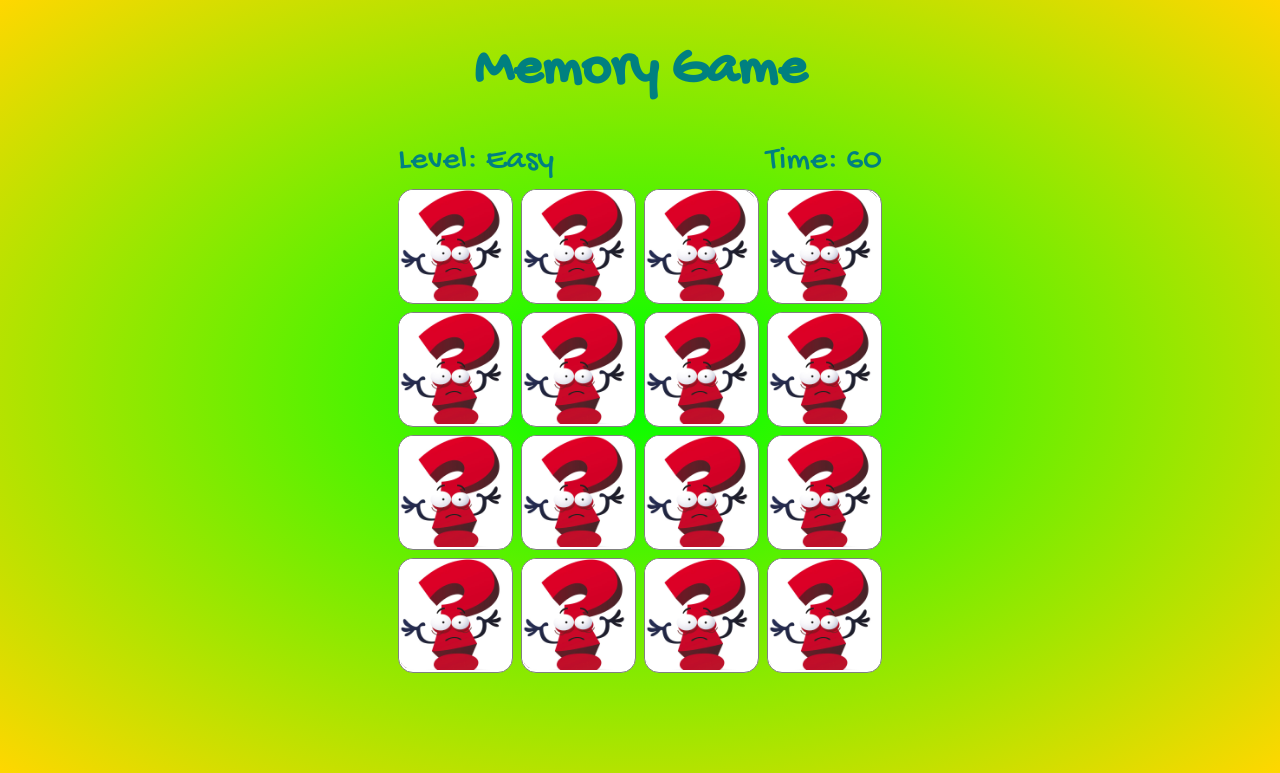
Repository: lauramika/Memory-Game
Page: index.html
The author's editor kept a record of every edit. The page is drawn from the files as they stood at one moment, then again after the next edit.
The browser window is 1280 px wide. The pictures show the whole page.

Above is the page before.

After the next edit:
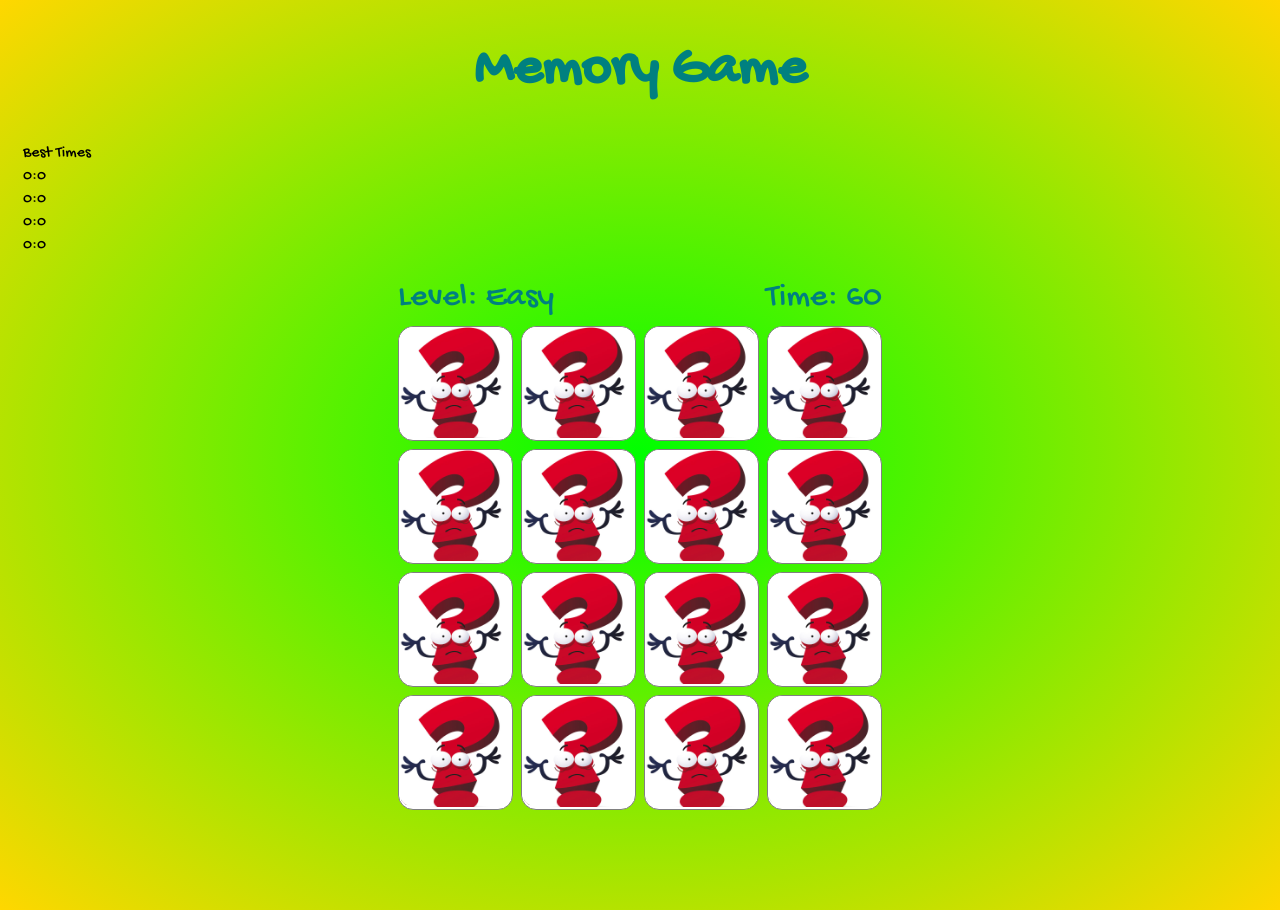
The edit:
--- a/index.html
+++ b/index.html
@@ -7,6 +7,27 @@
     </head>
     <body>
         <h1 class="title-game">Memory Game</h1>
+
+          <div class="times">
+            <table>
+              <tr>
+                <td class= "title">Best Times</td>
+              </tr>
+              <tr>
+                <td class = "slot">0:0</td>
+              </tr>
+              <tr>
+                <td class = "slot">0:0</td>
+              </tr>
+              <tr>
+                <td class = "slot">0:0</td>
+              </tr>
+              <tr>
+                <td class = "slot">0:0</td>
+              </tr>
+            </table>
+          </div>
+        </div>
         <div class="main-container">
             <div class= "rules-container">
                 <div class="level-container">
